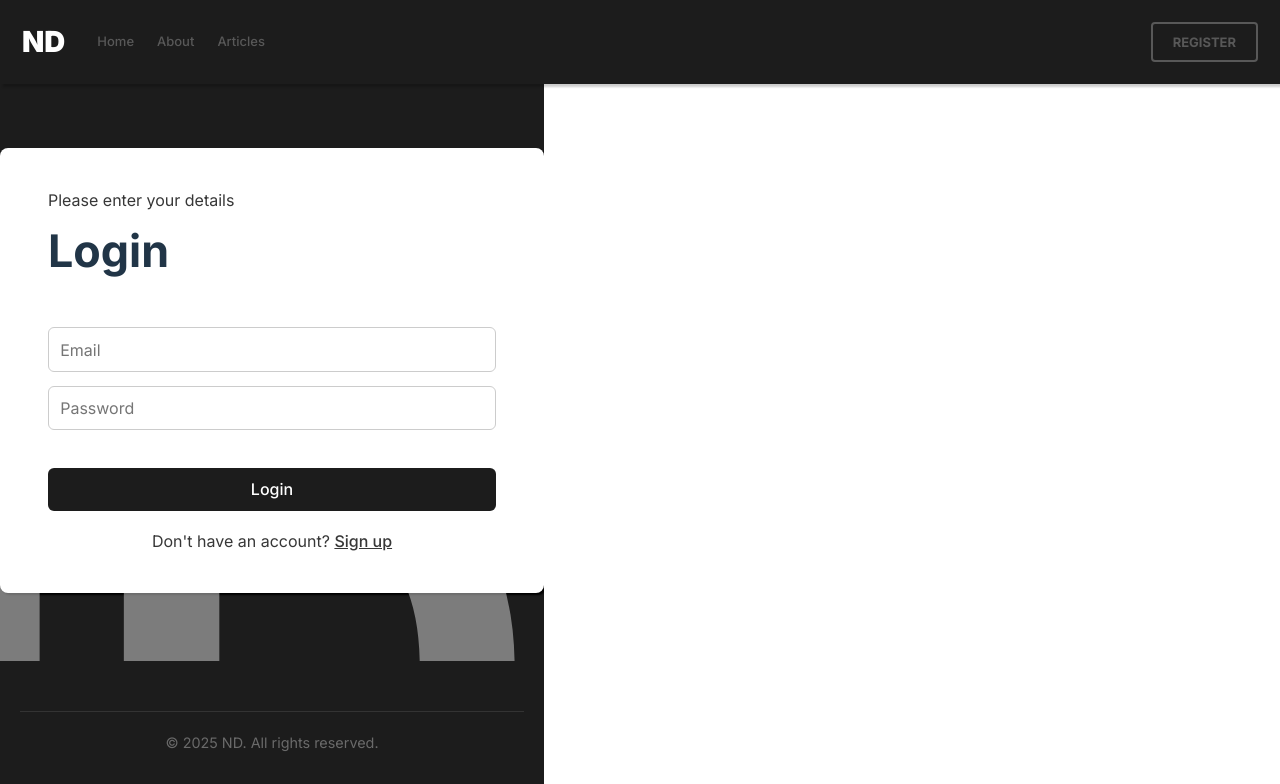
Repository: neomdavid/advancedwebprogramming
Page: /login
The author's editor kept a copy of each file at every save. The page is drawn from the files as they stood at one save, then again after a run of saves.
The browser window is 1280 px wide. The pictures show the whole page.
The project was rebuilt for these pictures with package versions that can differ from the ones it lists, and the page was loaded fresh each time. Also part of the build but not shown: vite.config.js, src/styles/AboutPage.css, src/pages/AboutPAge.jsx, src/styles/ArticleList.css, src/article-content.js, src/components/ArticleList.jsx, src/pages/ArticleListPage.jsx, src/styles/ArticlePage.css and 7 more.

Above is the page before, as saved 2025-04-22 09:02:06.

After the next 3 saves:
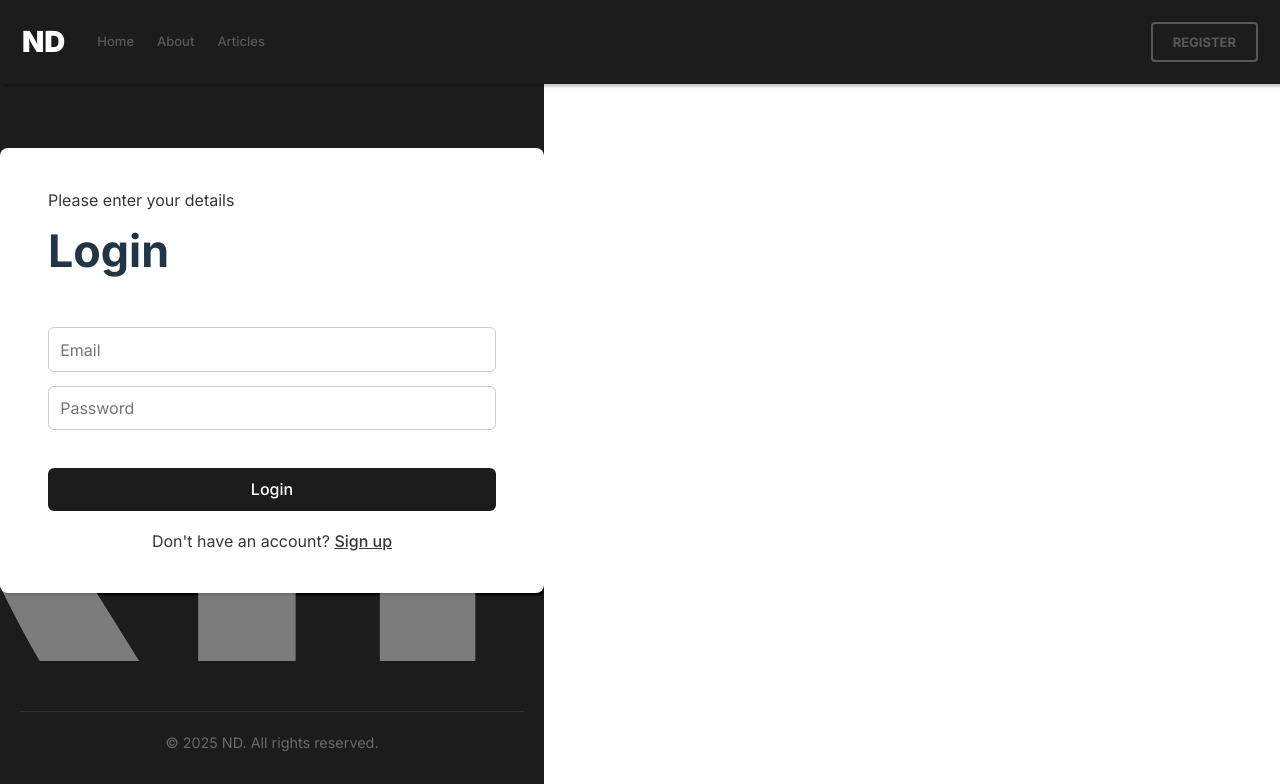
The 3 saves are shown as one change because they came seconds apart.
The last was saved 60 s later.
--- a/src/styles/LoginPage.css
+++ b/src/styles/LoginPage.css
@@ -73,7 +73,7 @@ main {
 .card-bg {
   position: absolute;
   z-index: -1;
-  right: 0;
+  right: -16rem;
 }
 .card-bg p {
   font-size: 40rem;
